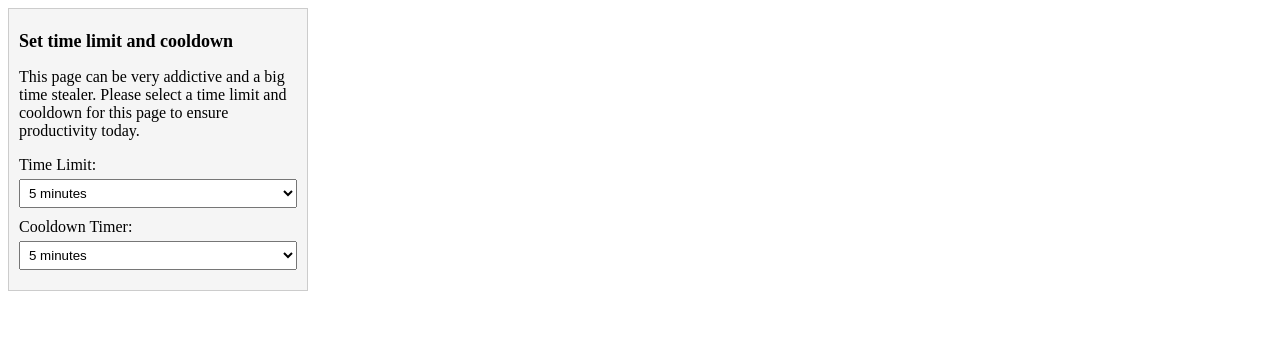
Repository: AndrlmMass/Time-management-chrome-extension
Page: popup2.html
The author's editor kept a copy of each file at every save. The page is drawn from the files as they stood at one save, then again after the next save.
The browser window is 1280 px wide. The pictures show the whole page.

Above is the page before, as saved 2023-08-24 21:10:18.
Console error: TypeError: Cannot read properties of null (reading 'addEventListener')

### popup2.html
<!DOCTYPE html>
<html>
<head>
  <title>My Extension Popup</title>
  <link rel="stylesheet" type="text/css" href="popup.css">
  <script src="popup.js"></script>
</head>
<body>
  <div id="popup-container">
    <h1>Set time limit and cooldown</h1>
    <p>This page can be very addictive and a big time stealer. Please select a time limit and cooldown for this page to ensure productivity today.</p>
    <label for="time-limit">Time Limit:</label>
    <select id="time-limit" name="time-limit">
      <option value="300">5 minutes</option>
      <option value="600">10 minutes</option>
      <option value="1800">30 minutes</option>
      <option value="2700">45 minutes</option>
      <option value="3600">1 hour</option>
      <option value="7200">2 hours</option>
      <option value="10800">3 hours</option>
      <option value="14400">4 hours</option>
      <option value="18000">5 hours</option>
    </select>
    <label for="cooldown">Cooldown Timer:</label>
    <select id="time-limit" name="time-limit">
      <option value="300">5 minutes</option>
      <option value="600">10 minutes</option>
      <option value="1800">30 minutes</option>
      <option value="2700">45 minutes</option>
      <option value="3600">1 hour</option>
      <option value="7200">2 hours</option>
      <option value="10800">3 hours</option>
      <option value="14400">4 hours</option>
      <option value="18000">5 hours</option>
    </select>
  </div>
</body>
</html>

### popup.css
body {
    width: 300px;
    height: 100px;
  }

  #popup-container {
    background-color: #f5f5f5;
    border: 1px solid #ccc;
    padding: 10px;
  }

  h1 {
    font-size: 18px;
    margin-bottom: 10px;
  }

  label {
    display: block;
    margin-bottom: 5px;
  }

  select, input[type="number"] {
    width: 100%;
    padding: 5px;
    margin-bottom: 10px;
  }

### popup.js
document.addEventListener("DOMContentLoaded", function () {
  var timeLimitSelect = document.getElementById("time-limit");
  var cooldownInput = document.getElementById("cooldown");

  timeLimitSelect.addEventListener("change", function () {
    var selectedTimeLimit = timeLimitSelect.value;
  });

  cooldownInput.addEventListener("change", function () {
    var selectedCooldown = cooldownInput.value;
  });
});

After the next save:
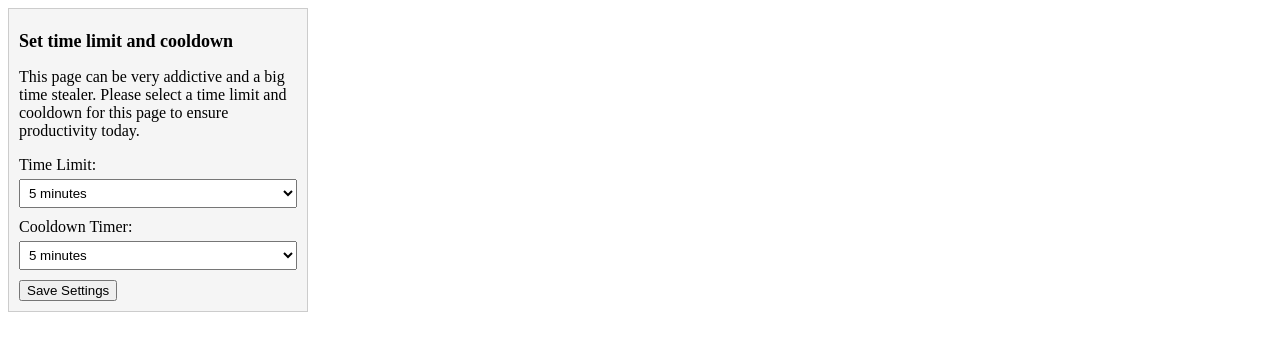
Saved 6 s later.
--- a/popup2.html
+++ b/popup2.html
@@ -33,6 +33,7 @@
       <option value="14400">4 hours</option>
       <option value="18000">5 hours</option>
     </select>
+    <button id="save-settings">Save Settings</button>
   </div>
 </body>
 </html>
